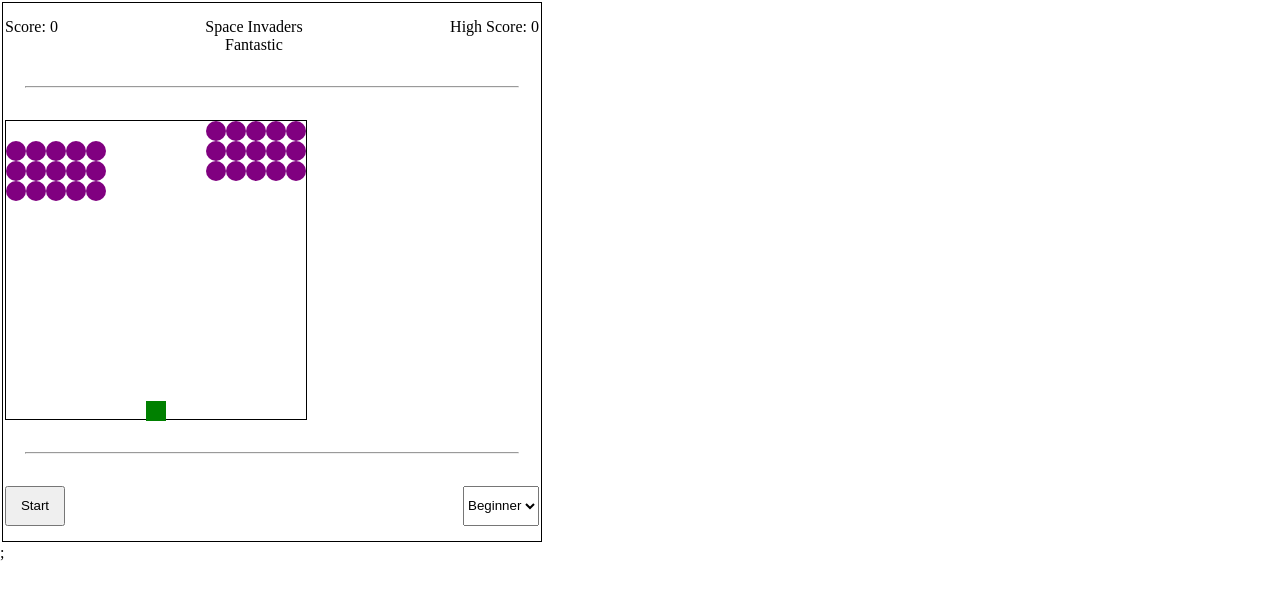
Repository: baziz22/Vanilla_JS_Projects
Page: space invaders/index.html
The author's editor kept a copy of each file at every save. The page is drawn from the files as they stood at one save, then again after the next save.
The browser window is 1280 px wide. The pictures show the whole page.

Above is the page before, as saved 2022-02-20 02:06:21.

After the next save:
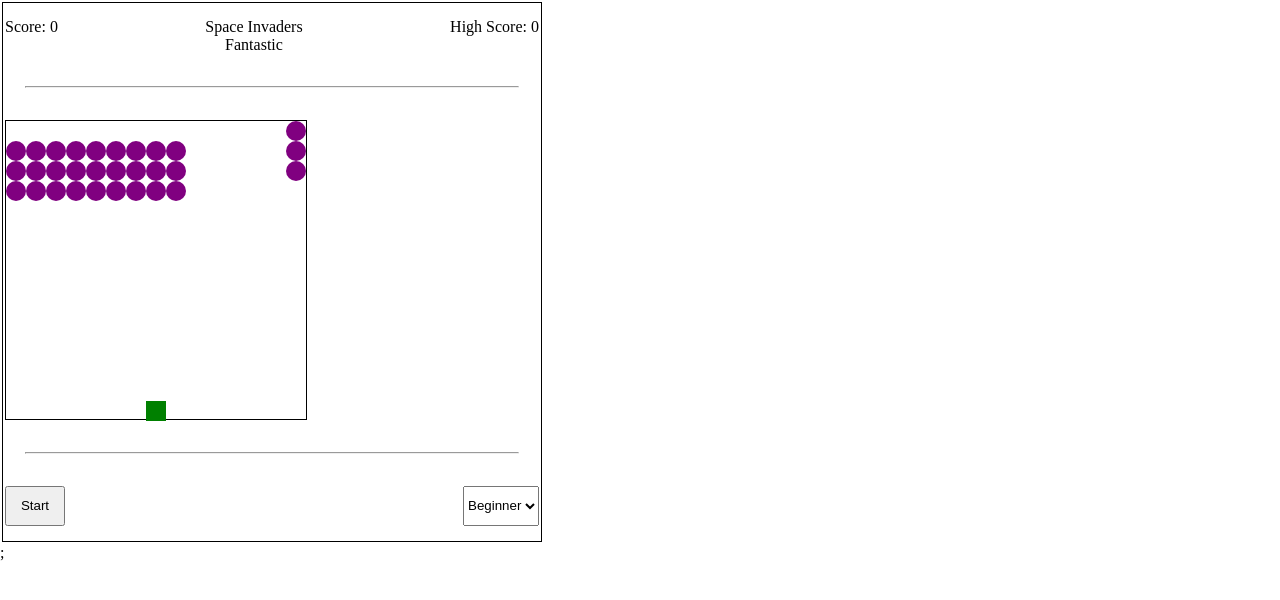
Saved 4 min 42 s later.
--- a/space invaders/script.js
+++ b/space invaders/script.js
@@ -1,6 +1,8 @@
 const grid = document.querySelector('.grid');
 let currentShooterIndex = 217;
 let width = 15;
+let direction = 1;
+let invadersId;
 
 for (let i = 0; i < 225; i++) {
   const square = document.createElement('div');
@@ -48,9 +50,15 @@ function moveInvaders() {
     alienInvaders[alienInvaders.length - 1] % width === width - 1;
   remove();
 
+  if (rightEdge) {
+    for (let i = 0; i < alienInvaders.length; i++) {
+      alienInvaders[i] += width - 1;
+      direction = -1;
+    }
+  }
   for (let i = 0; i < alienInvaders.length; i++) {
-    alienInvaders[i] += 1;
+    alienInvaders[i] += direction;
   }
   draw();
 }
-setInterval(moveInvaders, 500);
+invadersId = setInterval(moveInvaders, 500);
